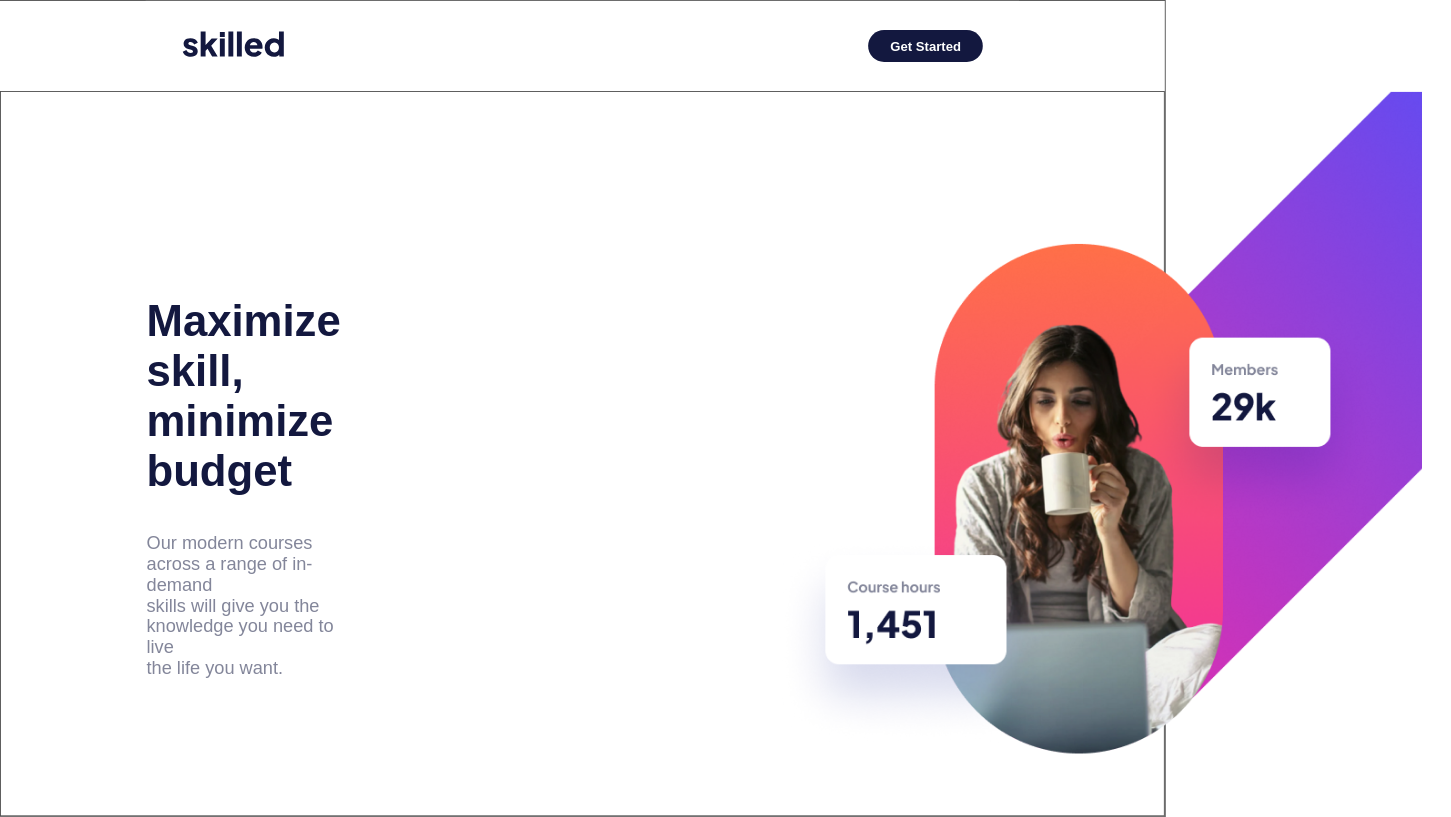
Repository: exe-walt/E-Learning-Landing-Page
Page: index.html
These files come from the project's save history. The page is drawn as it stood at one moment and after the next save; the edit follows.
The browser window is 1280 px wide. The page is 1563 px wide, then 1595 px, so the pictures cover 1595 px, including what lies to the right of the window. The pictures show the whole page, at 91% of full size.
Some web fonts or font styles are not loaded; a fallback is used.

Above is the page before, as saved 2025-05-27 21:02:35.

### index.html
<!DOCTYPE html>
<html lang="en">
<head>
  <meta charset="UTF-8">
  <meta name="viewport" content="width=device-width, initial-scale=1.0">
  <title>Skilled E-Learning Page</title>
  <link rel="stylesheet" href="css/style.css">
  <link href="https://fonts.cdnfonts.com/css/plus-jakarta-sans" rel="stylesheet">
</head>
<body>
  <div class="content-container">
    <nav>
      <div class="navbar">
        <ul>
          <li id="logo">
            <img src="img/skilled-logo.svg" alt="logo">
          </li>
          <li class="navbar-button">
            <button>Get Started</button>
          </li>
        </ul>
      </div>
    </nav>

    <section class="hero-section">
      <div class="hero-text">
        <h1>Maximize skill, <br>minimize budget</h1>

        <p>
          Our modern courses across a range of in-demand <br> skills will give you the knowledge you need to live <br> the life you want.
        </p>
      </div>

      <div class="hero-image">
        <img src="img/hero-img.png" alt="main-image">
      </div>
    </section>
  </div>

</body>
</html>

### css/style.css
* {
  font-family: "Plus Jakarta Sans", sans-serif;
}
body {
  margin: 0;
  display: flex;
  justify-content: center;
  align-items: center;
}

.content-container {
  background-color: #ffffff;
  max-width: 100%;
  width: 100%;
  height: auto;

  border: 1px solid #4f4f4f;
}

.navbar {
  display: flex;
  justify-content: space-between;
  align-items: center;
  padding: 2rem 2.5rem;
  background-color: white;
  margin-left: 10em;
  margin-right: 10em;
}

.navbar ul {
  display: flex;
  align-items: center;
  justify-content: space-between;
  width: 100%;
  list-style: none;
  margin: 0;
  padding: 0;
}

.logo img {
  height: 1.75rem;
  width: auto;
}

.navbar-button button {
  background-color: #13183F;
  color: white;
  border: none;
  border-radius: 999px;
  padding: 0.6rem 1.5rem;
  font-weight: 600;
  font-size: 0.9rem;
  cursor: pointer;
  transition: background-color 0.3s ease;
}

.navbar-button button:hover {
  background-color: #666ca3;
}

.hero-section{
  border: 1px solid #4f4f4f;
  display: flex;
}

.hero-text{
  margin-left: 10em;
  margin-top: 11.5em;

}

.hero-text h1 {
  font-family: 'Plus Jakarta Sans', sans-serif;
  font-weight: 800; /* ExtraBold */
  font-size: 3rem;
  color: #13183F;
}

.hero-text p{
  font-family: 'Plus Jakarta Sans', sans-serif;
  font-weight: 500; /* Medium */
  font-size: 1.25rem;
  color: #83869a;
}

.hero-image img{
  margin-left: 29.9em;
  padding-left: em
}

After the next save:
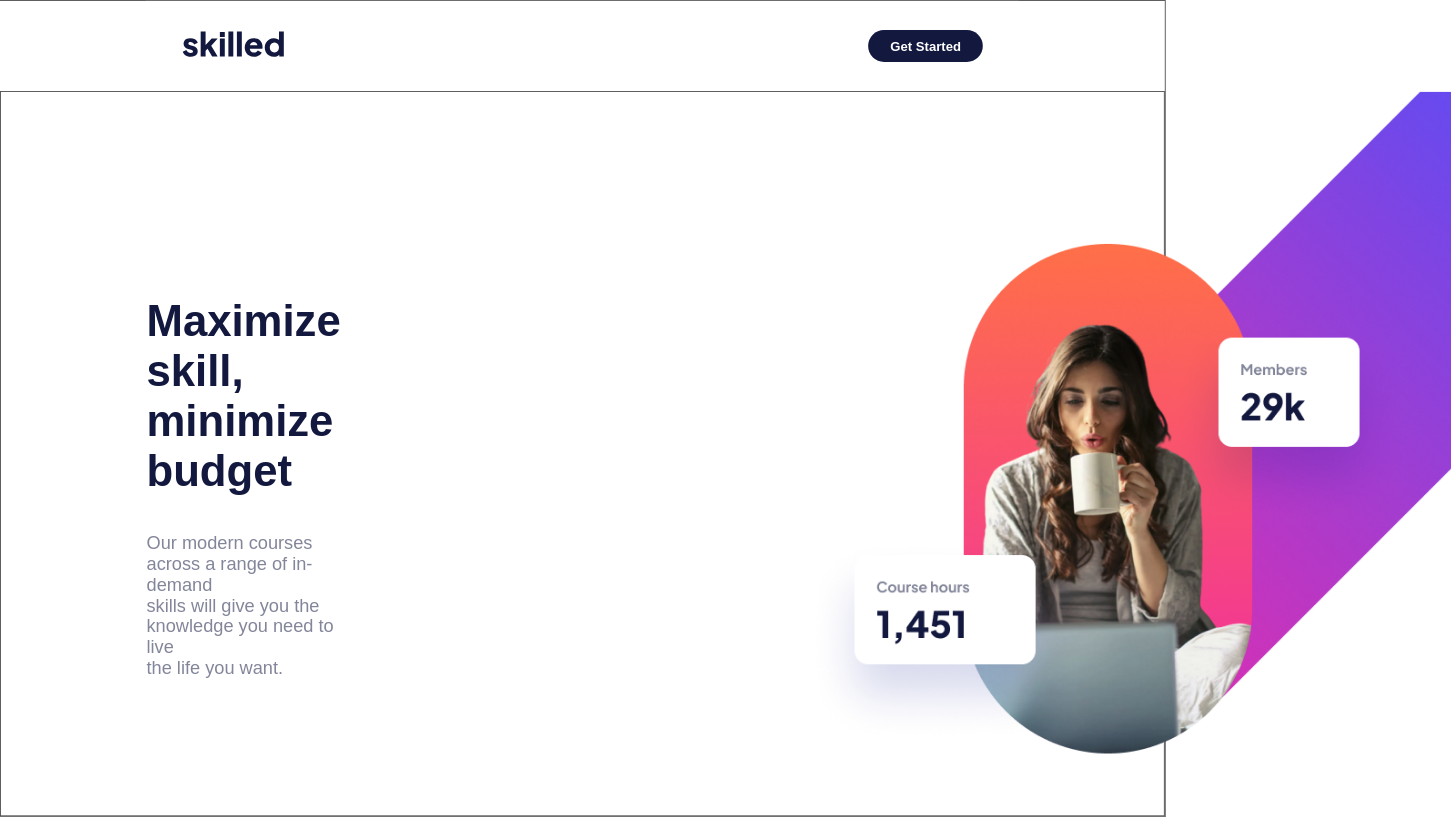
Saved 4 s later.
--- a/css/style.css
+++ b/css/style.css
@@ -85,5 +85,5 @@ body {
 
 .hero-image img{
   margin-left: 29.9em;
-  padding-left: em
+  padding-left: 2em;
 }
